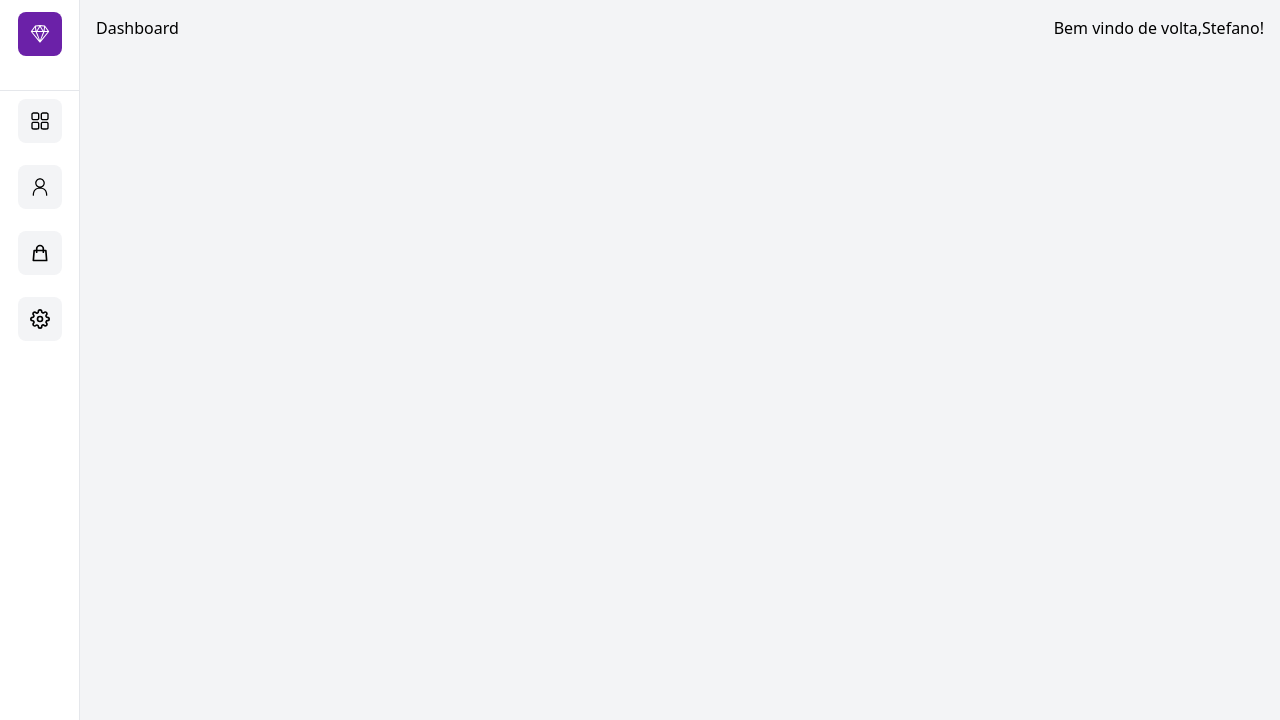
Repository: stefanosousaa/dashboard-next13
Page: /
The author's editor kept a copy of each file at every save. The page is drawn from the files as they stood at one save, then again after the next save.
The browser window is 1280 px wide. The pictures show the whole page.
The project was rebuilt for these pictures with package versions that can differ from the ones it lists, and the page was loaded fresh each time. The framework's server and built-in components were replaced by stand-ins that run in the browser. Also part of the build but not shown: next.config.js.

Above is the page before, as saved 2023-05-11 22:58:03.

### pages/_app.js
import Sidebar from '@/components/Sidebar'
import '@/styles/globals.css'

export default function App({ Component, pageProps }) {
  return (
    <Sidebar>
        <Component {...pageProps} />
    </Sidebar>

  )
}

### pages/index.js
import Header from '../components/Header';
import Head from 'next/head';

export default function Home() {
  return (
    <>
      <Head>
        <title>Create Next App</title>
        <meta name="description" content="Generated by create next app" />
        <meta name="viewport" content="width=device-width, initial-scale=1" />
        <link rel="icon" href="/favicon.ico" />
      </Head>

      <main className='bg-gray-100 min-h-screen'>
        <Header/>
      </main>

    </>
  );
};

### components/Sidebar.jsx
import Link from 'next/link'
import Image from 'next/image'
import React from 'react'
import {RxSketchLogo,RxDashboard, RxPerson} from 'react-icons/rx'
import {FiSettings} from 'react-icons/fi'
import {HiOutlineShoppingBag} from 'react-icons/hi'

const Sidebar = ({children}) => {
  return (
    <div className='flex'>
        <div className='fixed w-20 h-screen bg-white border-r-[1px] flex flex-col justify-between'>
        <div className='flex flex-col items-center'>

          <Link href='/'>
            <div className='bg-purple-800 text-white my-3 p-3 rounded-lg inline-block'>
              <RxSketchLogo size={20}/>
            </div>
          </Link>
          <span className='border-b-[1px] border-gray-200 w-full p-2'></span>
          <Link href='/'>
            <div className='bg-gray-100 hover:bg-gray-200 cursor-pointer my-2 p-3 rounded-lg inline-block'>
              <RxDashboard size={20}/>
            </div>
          </Link>
          <Link href='/costumerd'>
            <div className='bg-gray-100 hover:bg-gray-200 cursor-pointer my-2 p-3 rounded-lg inline-block'>
              <RxPerson size={20}/>
            </div>
          </Link>
          <Link href='/orders'>
            <div className='bg-gray-100 hover:bg-gray-200 cursor-pointer my-2 p-3 rounded-lg inline-block'>
              <HiOutlineShoppingBag size={20}/>
            </div>
          </Link>
          <Link href='/'>
            <div className='bg-gray-100 hover:bg-gray-200 cursor-pointer my-2 p-3 rounded-lg inline-block'>
              <FiSettings size={20}/>
            </div>
          </Link>
        </div>
        </div>

        <main className='ml-20 w-full'>{children}</main>
    </div>
  )
}

export default Sidebar

### components/Header.jsx
import React from 'react'

const Header = () => {
  return (
    <div className='flex justify-between px-4 pt-4'>
        <h2>Dashboard</h2>
        <h2>Bem vindo de volta,Stefano!</h2>
    </div>
  )
}

export default Header

Loaded but not shown: pages/_document.js (common file); pages/api/hello.js (common file); styles/globals.css (common file); tailwind.config.js (common file)

After the next save:
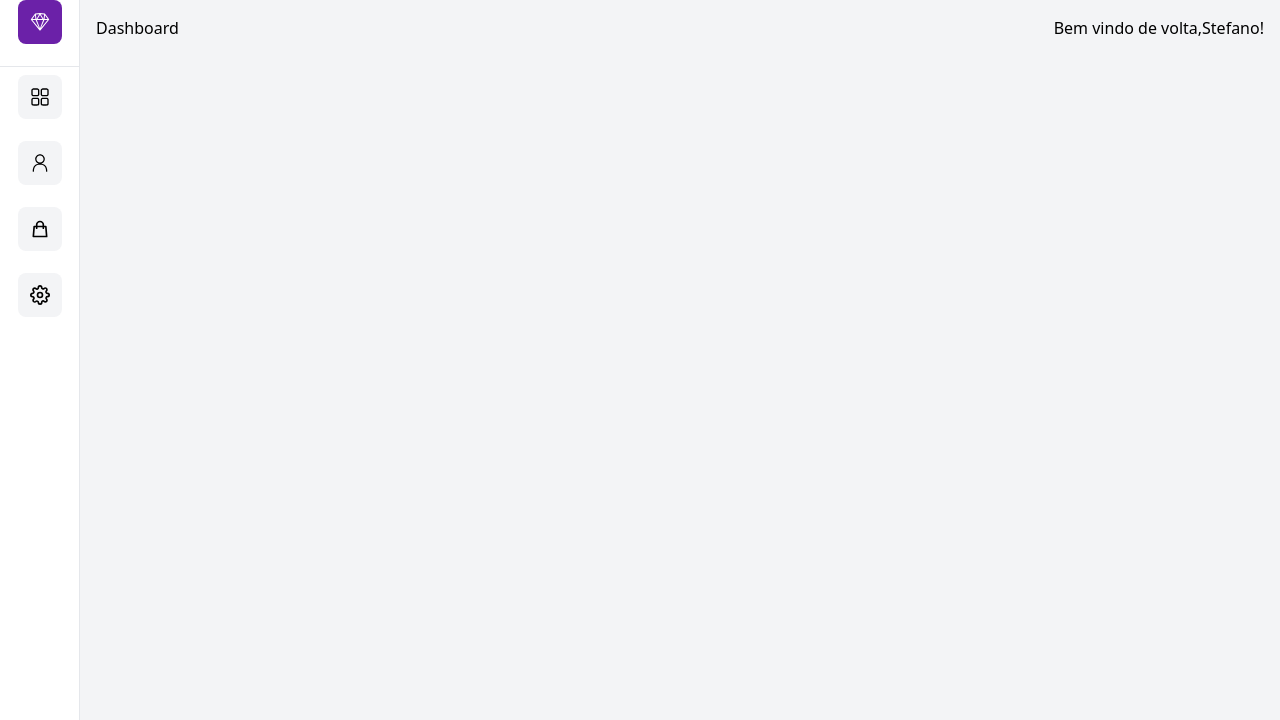
Saved 7 s later.
--- a/components/Sidebar.jsx
+++ b/components/Sidebar.jsx
@@ -12,7 +12,7 @@ const Sidebar = ({children}) => {
         <div className='flex flex-col items-center'>
 
           <Link href='/'>
-            <div className='bg-purple-800 text-white my-3 p-3 rounded-lg inline-block'>
+            <div className='bg-purple-800 text-white p-3 rounded-lg inline-block'>
               <RxSketchLogo size={20}/>
             </div>
           </Link>
